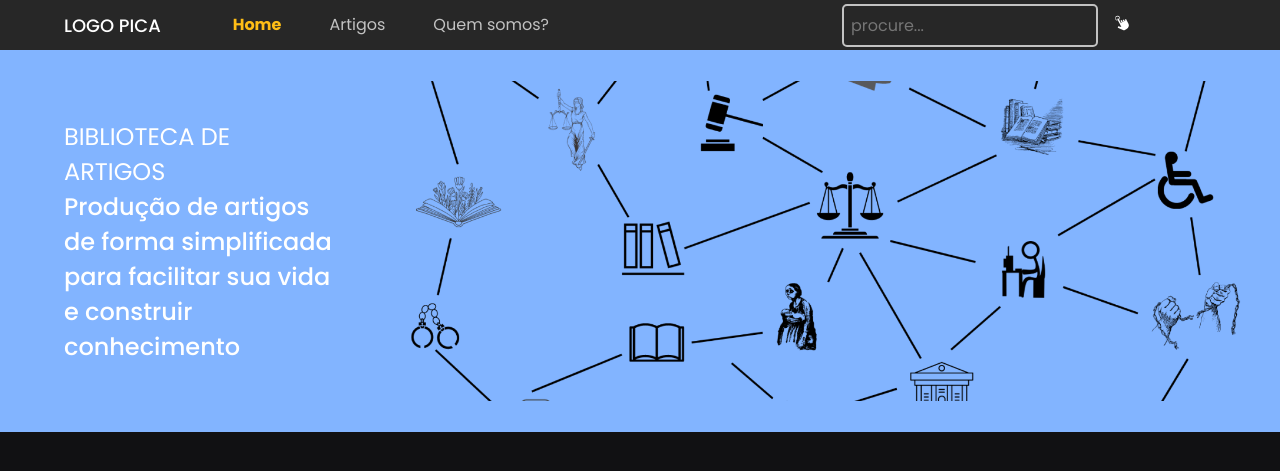
Repository: ArthurHendrich/Inepto
Page: /
These files come from the project's save history. The page is drawn as it stood at one moment and after the next save; the edit follows.
The browser window is 1280 px wide. The pictures show the whole page.
The project was rebuilt for these pictures with package versions that can differ from the ones it lists, and the page was loaded fresh each time. The framework's server and built-in components were replaced by stand-ins that run in the browser. Also part of the build but not shown: next.config.js.

Above is the page before, as saved 2022-07-06 19:42:43.

After the next save:
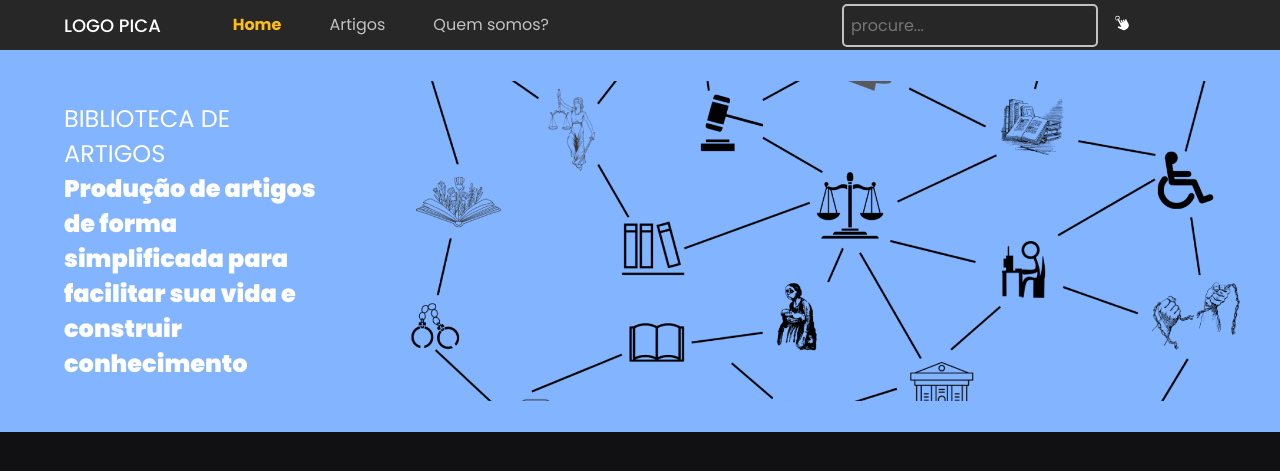
Saved 5 s later.
--- a/src/styles/home.module.scss
+++ b/src/styles/home.module.scss
@@ -17,7 +17,7 @@
     }
 
     h2{
-      font-weight: 500;
+      font-weight: 900;
     }
   }
 
